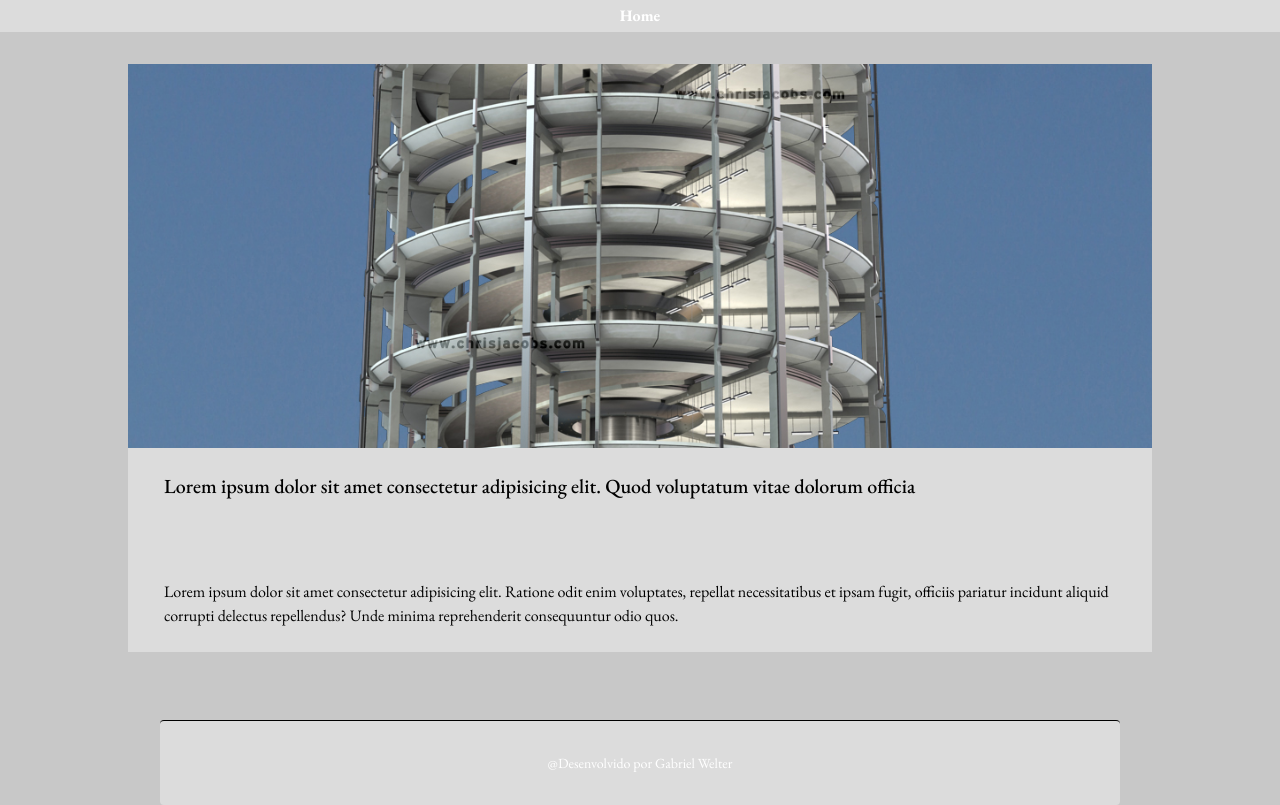
Repository: weltergab/Your-News-2-prismic-cms
Page: /noticiafull
An editor plug-in stored every save of this project. The page is shown before and after the next save, followed by the edit.
The browser window is 1280 px wide. The pictures show the whole page.
The project was rebuilt for these pictures with package versions that can differ from the ones it lists, and the page was loaded fresh each time. The framework's server and built-in components were replaced by stand-ins that run in the browser. Also part of the build but not shown: next.config.js.

Above is the page before, as saved 2023-04-30 20:30:07.

### src/pages/_document.tsx
import { Footer } from '@/components/Footer'
import { Navegacao } from '@/components/Navegacao'
import { Html, Head, Main, NextScript } from 'next/document'

export default function Document() {
  return (
    <Html lang="en">
      <Head>
        <link
          href="https://fonts.googleapis.com/css2?family=Roboto:wght@400;500&display=swap"
          rel="stylesheet"
        />
        <link rel="preconnect" href="https://fonts.googleapis.com" />
        <link rel="preconnect" href="https://fonts.gstatic.com" />
        <link href="https://fonts.googleapis.com/css2?family=EB+Garamond:ital,wght@0,400;0,500;0,600;0,700;0,800;1,400;1,500;1,600;1,700;1,800&family=Montserrat:ital,wght@0,300;0,400;0,500;0,600;0,700;0,800;0,900;1,300;1,400;1,500;1,600;1,700;1,800;1,900&display=swap" rel="stylesheet" />
      </Head>
      <body>
        <Navegacao />

        <Main />
        <NextScript />

        <Footer />
      </body>
    </Html>
  )
}

### src/pages/noticiafull/index.tsx
import Image from "next/image";

function NoticiaFull() {

  return (
    <div className='bg-color-bg bg-center bg-cover bg-no-repeat min-h-screen items-center flex flex-col'>

      <h1>Noticia Full</h1>
      <div className="bg-color-bg2 items-center flex flex-col mt-8 w-full max-w-5xl">
        <div className="h-96 w-full border-color-bg2 bg-green-300 relative overflow-hidden">
          <Image
            src="/vert.jpg"
            alt="Minha imagem"
            fill
            style={{ objectFit: 'cover' }} // object-fit: "contain"
          />
        </div>
        <div className="h-auto py-6 mx-3 px-6 flex flex-col relative">
          <h1 className="font-medium pb-20 text-xl">Lorem ipsum dolor sit amet consectetur adipisicing elit. Quod voluptatum vitae dolorum officia</h1>
          <p>Lorem ipsum dolor sit amet consectetur adipisicing elit. Ratione odit enim voluptates, repellat necessitatibus et ipsam fugit, officiis pariatur incidunt aliquid corrupti delectus repellendus? Unde minima reprehenderit consequuntur odio quos.</p>
        </div>
      </div>

    </div>
  )
}

export default NoticiaFull;

### src/styles/globals.css
@tailwind base;
@tailwind components;
@tailwind utilities;

h1 {
    @apply text-2xl text-color-title;
}

body {
    @apply bg-color-bg text-color-text2;
    -webkit-font-smoothing: antialiased;
  }

  /*

  a {
    color: #0070f3;
    text-decoration: none;
    font-weight: bold;
  }

  a:hover {
    font-style: italic;
  }


.btn {
    @apply text-base font-medium rounded-lg p-3;
}
.btn--primary {
    @apply bg-sky-500 text-white;
}
.btn--secondary {
    @apply bg-slate-100 text-slate-900;
}


Caixa de Texto 1
color: #f8fafc;
    background-color: var(--tw-prose-pre-bg);
    overflow-x: auto;
    font-weight: 400;
    font-size: .875em;
    line-height: 1.7142857;
    margin-top: 1.4285714285714286em;
    margin-bottom: 2.2857142857142856em;
    border-radius: 0.75rem;
    padding: 1.25rem;
    box-shadow: 0 4px 6px -1px #0000001a, 0 2px 4px -2px #0000001a;
    display: flex;
*/

### src/components/Footer/index.tsx
export function Footer() {
  return (
    <div className="bg-color-footer text-color-text p-8 rounded border-t border-black mx-40">
      <div className="text-center text-sm">
        @Desenvolvido por Gabriel Welter
      </div>
    </div>
  );
}

### src/components/Navegacao/index.tsx
import Link from "next/link";

export function Navegacao() {
  return (
    <div className="bg-color-footer text-color-text w-full p-1 mb-40 top-0 fixed z-10">
      <div className="text-center">
        <Link href="/">
          <h2 className="font-bold">Home</h2>
        </Link>
      </div>
    </div>
  );
}

### tailwind.config.js
/** @type {import('tailwindcss').Config} */
module.exports = {
  content: [
    './src/pages/**/*.{js,ts,jsx,tsx,mdx}',
    './src/components/**/*.{js,ts,jsx,tsx,mdx}',
    './src/app/**/*.{js,ts,jsx,tsx,mdx}',

    // Or if using `src` directory:
    "./src/**/*.{js,ts,jsx,tsx,mdx}",
  ],
  theme: {
    extend: {
      backgroundImage: {
        blur: 'url(/assets/blur-background.png)'
      },
      fontFamily: {
        sans: 'EB Garamond, serif, Montserrat, sans-serif'
      },
      colors: {
        black1: { //
          200: '#848DA0',
          300: '#C4C4C4',
          400: '#444B5B',
          500: '#0EE7B7',
          600: '#7AC7E3',
        },
        green: {
          300: '#00B37E',
          500: '#00875F',
          700: '#015F43',
        },
        blue: {
          500: '#81D8F7',
          700: '#1B2138',
          900: '#11172B',//
        },
        orange: {
          500: '#FBA94C',
        },
        red: {
          500: '#F75A68',
        },
        gray: {
          100: '#E1E1E6',
          200: '#C4C4CC',
          300: '#8D8D99',
          400: '#f8fafc', //
          500: '#323238',
          600: '#29292E',
          700: '#121214',
          900: '#09090A',
        },
        test: {
          100: '#1A1E23',
          200: '#4A90E2',
          300: '#F2F2F2',
          400: '#222222',
          500: '#68CC7A',
          600: '#FF5B5B',
        },
        fav: {
          100: '#242D34', //desfocado twitter blue
          300: '#15202B', //twitter blue
          200: '#282A36', //vscode
          400: '#11172B', //meu portifolio
        },
        color1: {
          'btn': '#0E2A47', // botões principais, textos de destaque e links que precisam se destacar
          'btn2': '#485B39', // botões secundários, elementos de navegação e detalhes que precisam se destacar sem serem tão intensos
          'bg': '#D8D8D8', // bg
          'bg2': '#11172B', // fundos dos elementos de conteúdo
          'del': '#7A1E1E', // botões de ação destrutiva
          'title': '#3B0D35', // cabeçalhos de seções importantes e títulos de página
          'confirm': '#FFA400', // botões de ação positiva
          'text': '#FFFFFF', // texto principal e o fundo de elementos de destaque
          'text2': '#000000',
          'div': '#A8A8A8', // bordas e elementos de divisão
          'footer': '#000000', // footer e nav
        },
        color: {
          'btn': '#0E2A47',
          'btn2': '#485B39',
          'bg': '#C8C8C8',
          'bg2': '#DCDCDC', //#DCDCDC
          'del': '#7A1E1E',
          'title': '#000000',
          'confirm': '#FFA400',
          'text': '#FFFFFF',
          'text2': '#000000',
          'div': '#A8A8A8', //#A8A8A8
          'footer': '#DCDCDC',
        }
      },
    },
  },
  plugins: [],
}

Loaded but not shown: src/pages/_app.tsx (common file)

After the next save:
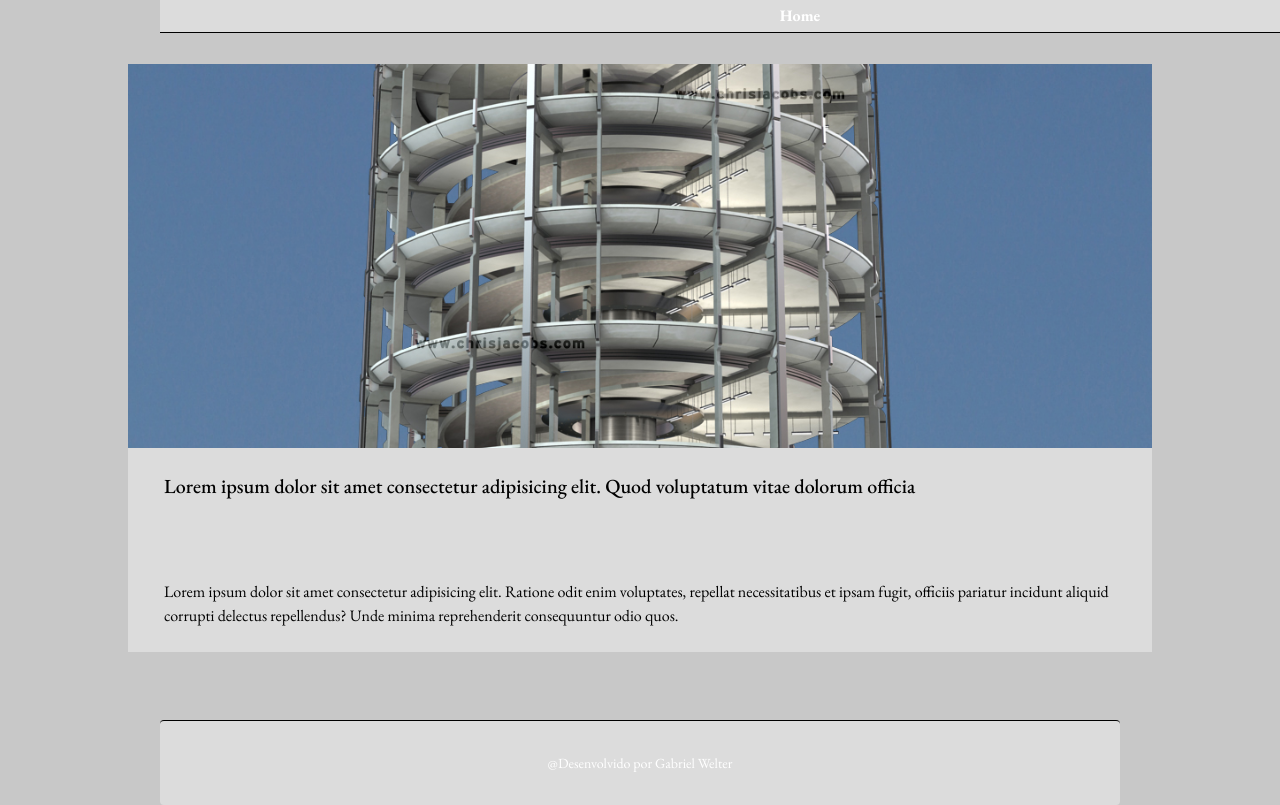
Saved 68 s later.
--- a/src/components/Navegacao/index.tsx
+++ b/src/components/Navegacao/index.tsx
@@ -2,7 +2,7 @@
 
 export function Navegacao() {
   return (
-    <div className="bg-color-footer text-color-text w-full p-1 mb-40 top-0 fixed z-10">
+    <div className="bg-color-footer text-color-text w-full p-1 mb-40 top-0 fixed z-10 border-b border-black mx-40">
       <div className="text-center">
         <Link href="/">
           <h2 className="font-bold">Home</h2>
